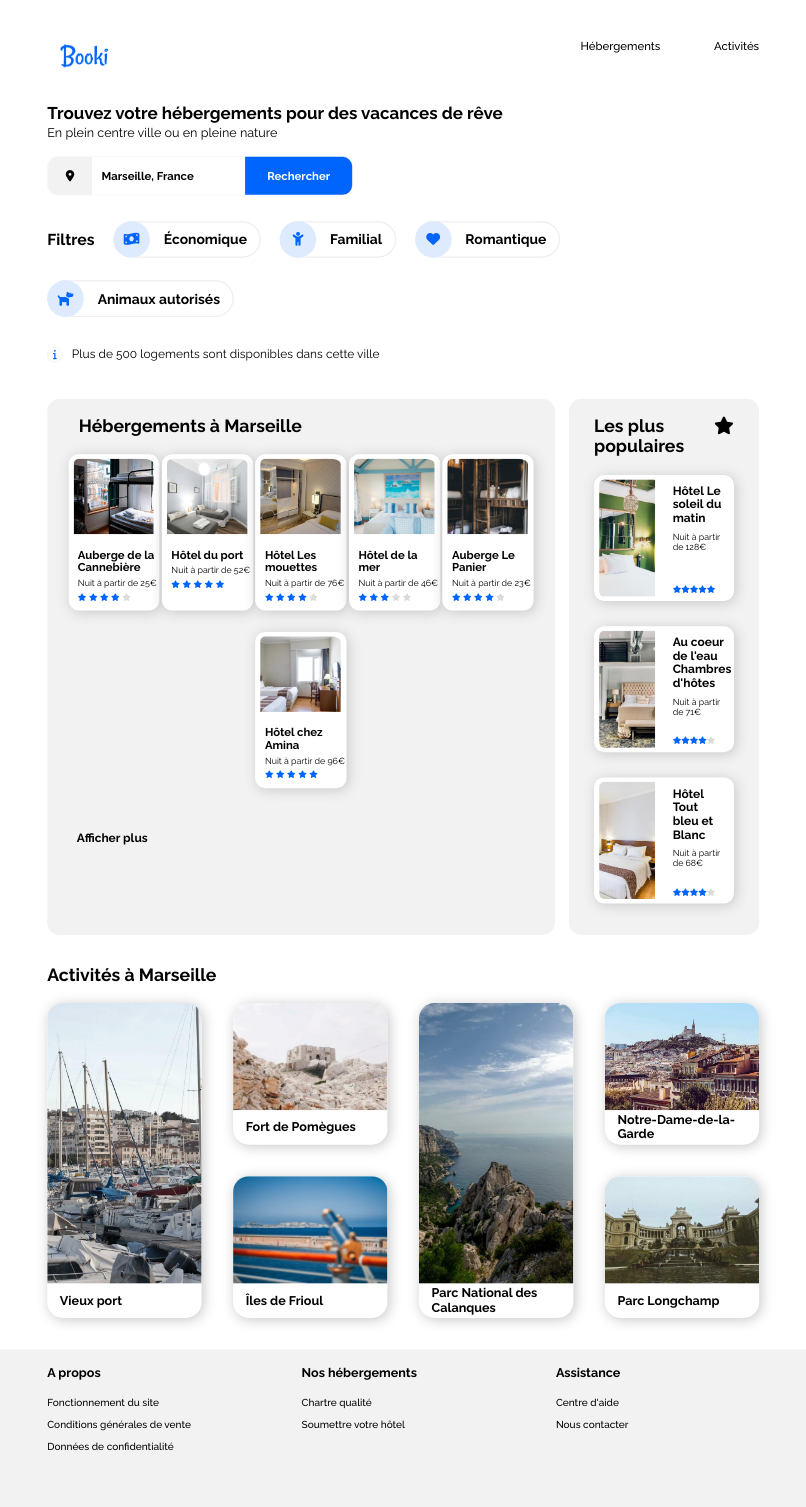
Repository: leandroBarbosaFR/booki
Page: index.html
The author's editor kept a copy of each file at every save. The page is drawn from the files as they stood at one save, then again after the next save.
The browser window is 1280 px wide. The pictures show the whole page, at 63% of full size.

Above is the page before, as saved 2022-07-22 11:27:17.

After the next save:
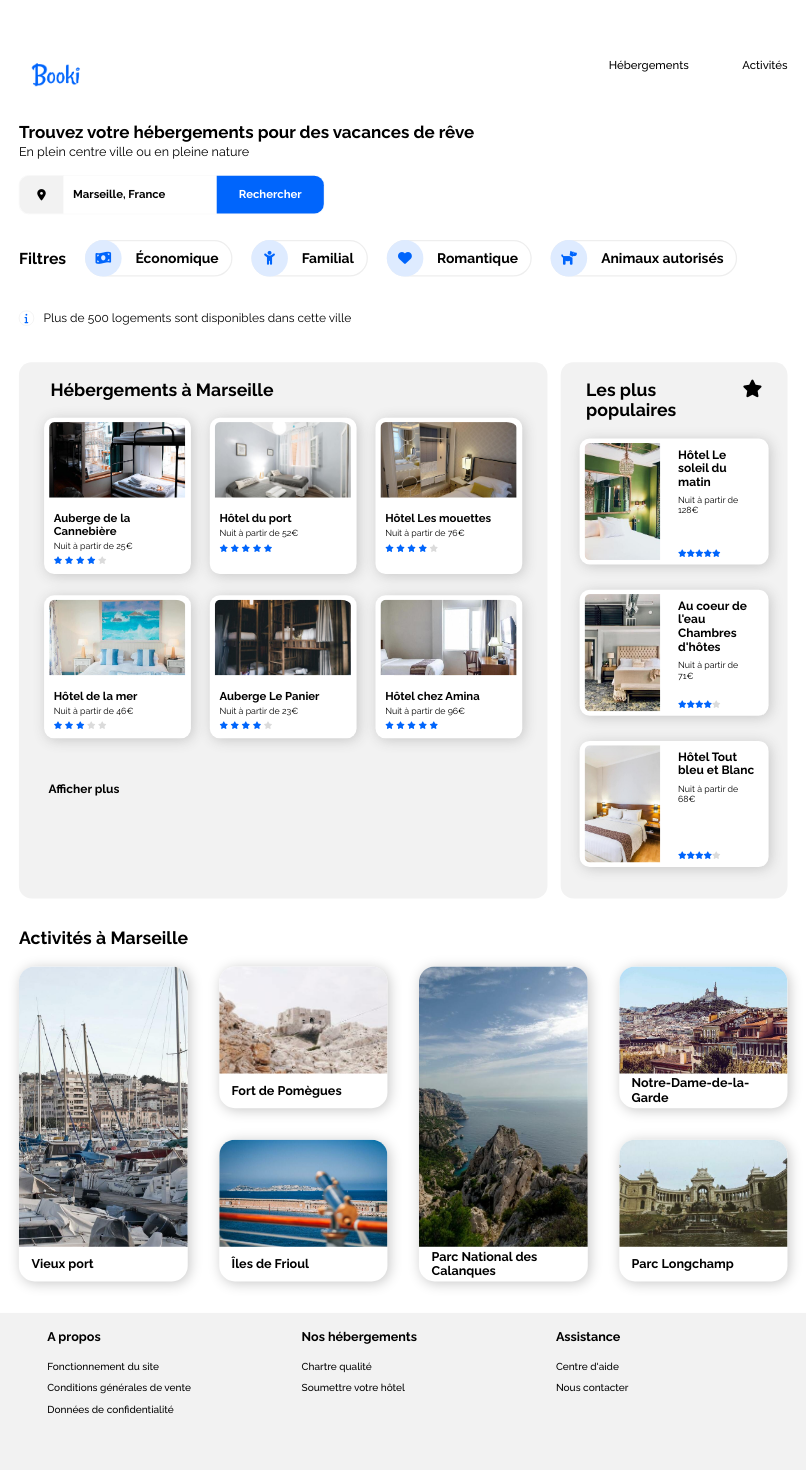
Saved 3 h 14 min later.
--- a/css/style.css
+++ b/css/style.css
@@ -559,7 +559,7 @@
   }
 }
 
-/* @media screen and (min-width: 992px) and (max-width: 1472px) {
+@media screen and (min-width: 992px) and (max-width: 1472px) {
   .body {
       margin: 30px;
   }
@@ -582,4 +582,4 @@
   .columndeux {
       padding: 0 30px;
   }
-} */
+}
